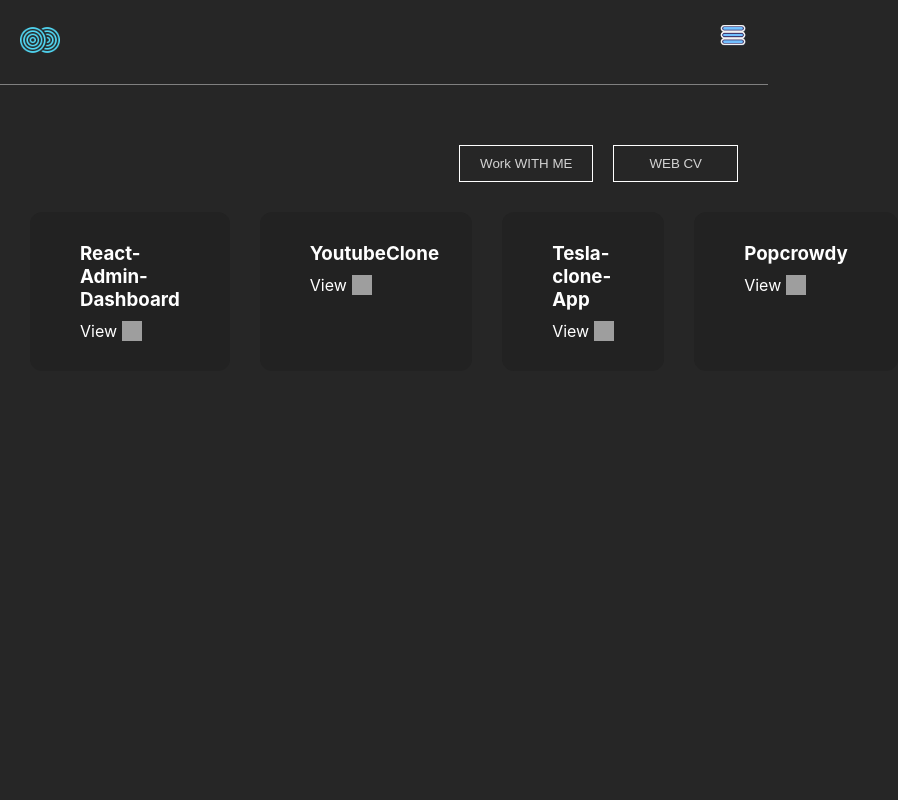
Repository: uh-sman/Portfolio
Page: /projects
These files come from the project's save history. The page is drawn as it stood at one moment and after the next save; the edit follows.
The browser window is 768 px wide. The page is 898 px wide, then 768 px, so the pictures cover 898 px, including what lies to the right of the window. The pictures show the whole page.
Pictures or frames that could not be fetched are drawn as grey boxes. The project was rebuilt for these pictures with package versions that can differ from the ones it lists, and the page was loaded fresh each time. Also part of the build but not shown: src/components/about.css, src/components/About.jsx, src/components/services.css, src/components/Services.jsx.

Above is the page before, as saved 2022-11-27 20:21:22.

After the next save:
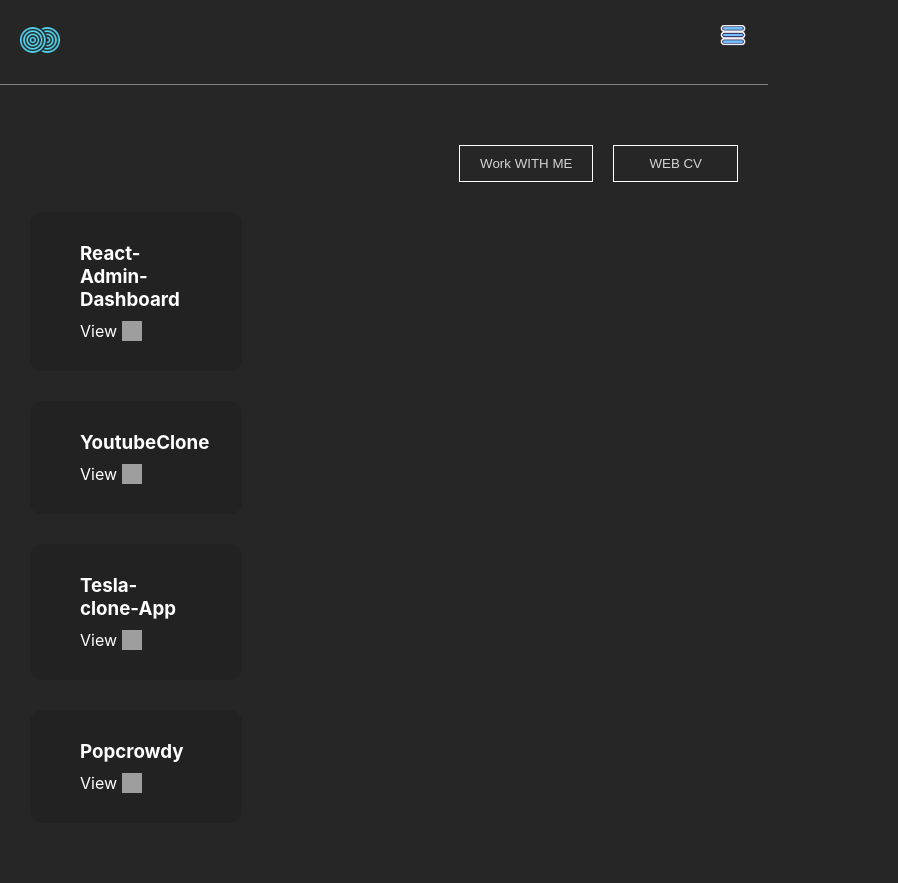
Saved 105 s later.
--- a/src/components/repositories.css
+++ b/src/components/repositories.css
@@ -37,3 +37,8 @@
   transition-delay: 8000;
   color: black;
 }
+@media only screen and (max-width: 950px) {
+  .card-container {
+    flex-direction: column;
+  }
+}
